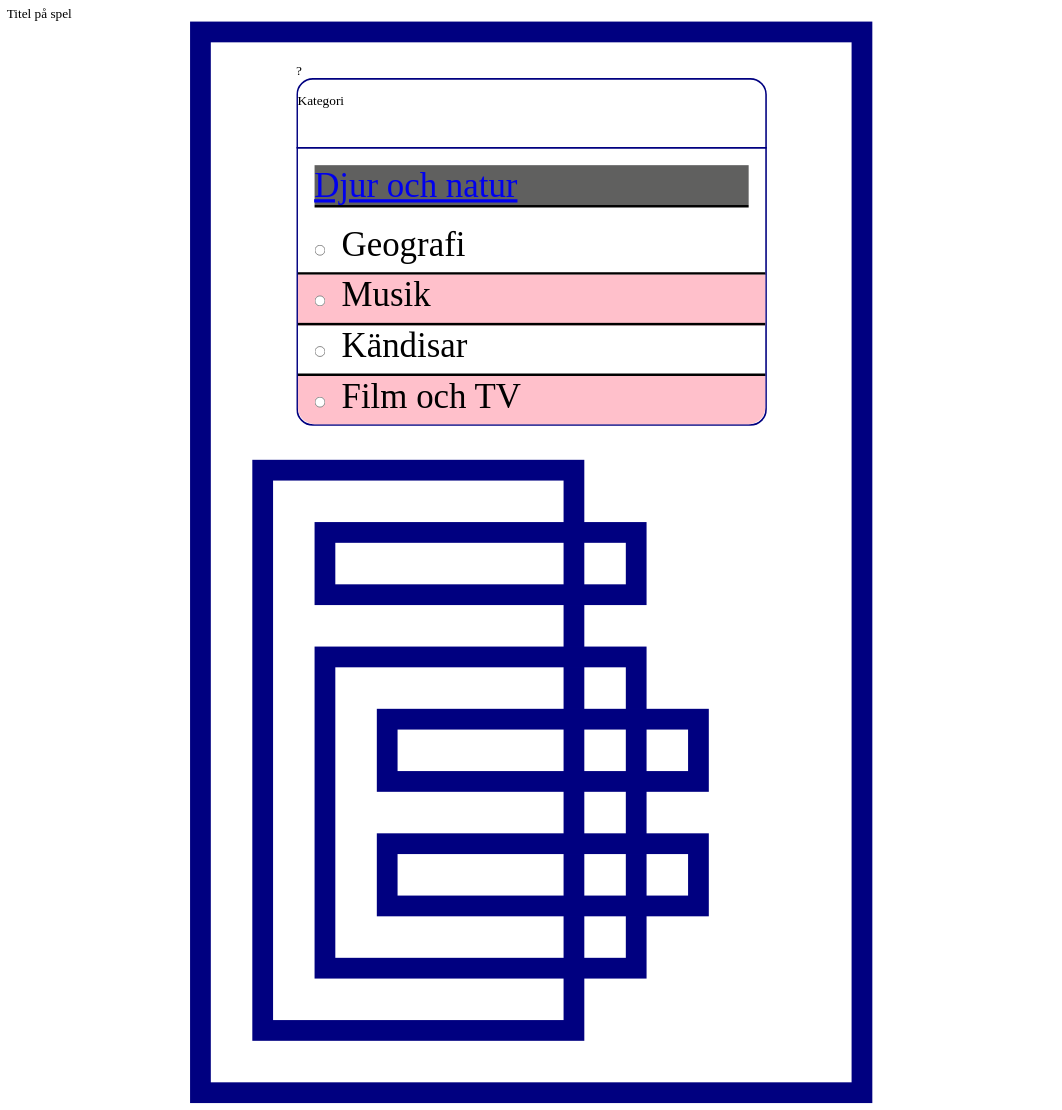
Repository: ed222gg/project2
Page: pages/start.html
The author's editor kept a record of every edit. The page is drawn from the files as they stood at one moment, then again after the next edit.
The browser window is 1280 px wide. The pictures show the whole page, at 83% of full size.

Above is the page before.

After the next edit:
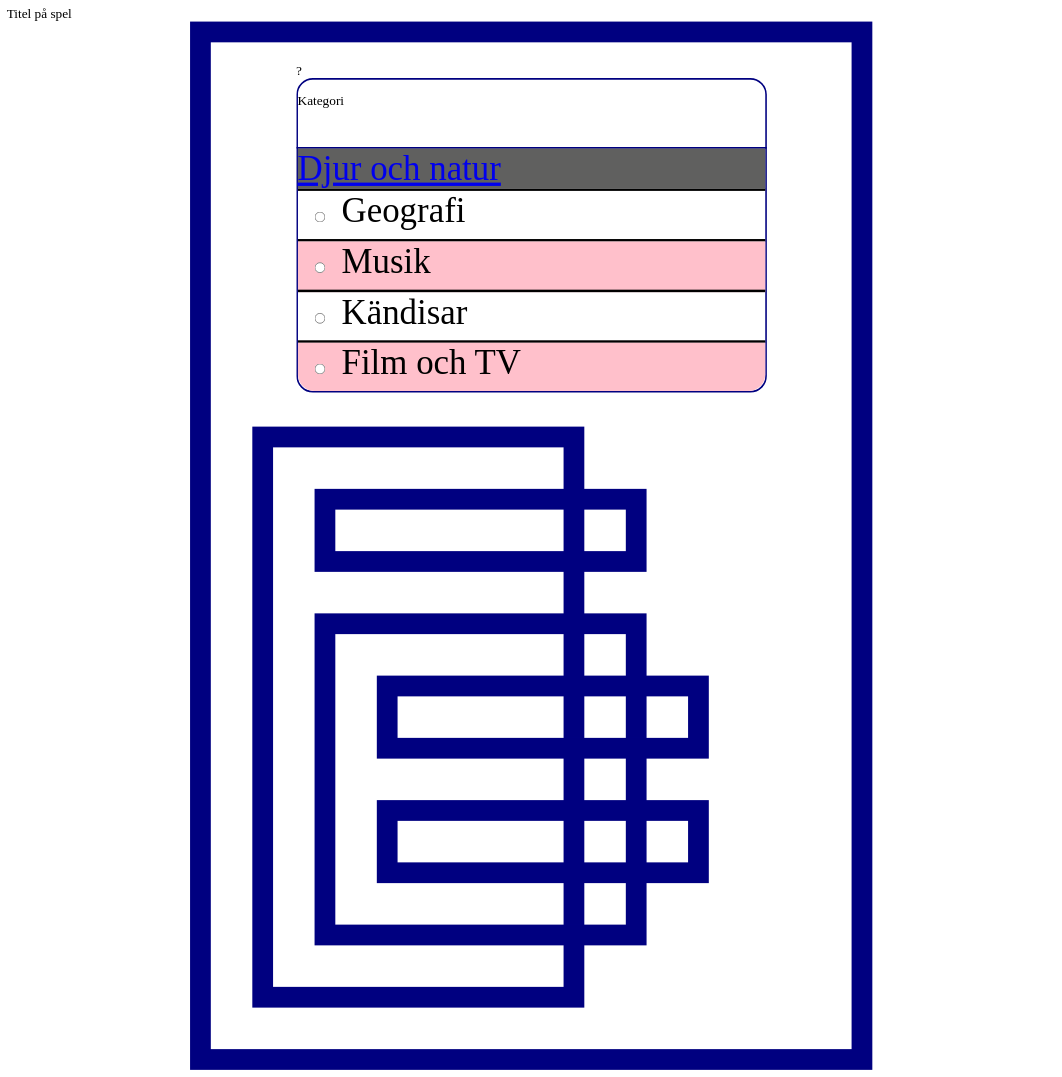
The edit:
--- a/css/style.css
+++ b/css/style.css
@@ -100,7 +100,7 @@
 #li0{
 background-color:pink;
 border-bottom-style: solid;
-margin:20px;
+
 }
 #li1{
 
